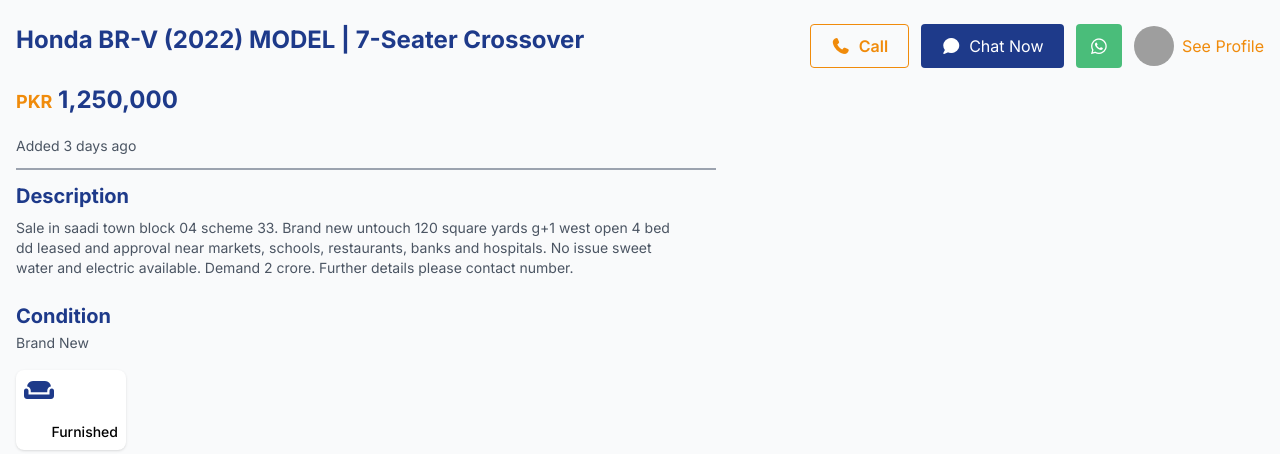
Repository: ARFA-SAEED/miljayega
Page: src/motorsPage/bikes_1.html
These files come from the project's save history. The page is drawn as it stood at one moment and after the next save; the edit follows.
The browser window is 1280 px wide. The pictures show the part of the page from y = 633 to 1087 px (the page is 2069 px tall).
Pictures or frames that could not be fetched are drawn as grey boxes. A picture or video elsewhere on the page could not be fetched, so the positions and the page height are approximate. Some web fonts or font styles are not loaded; a fallback is used. Some web libraries are served in a nearby version.

Above is the page before, as saved 2025-08-25 13:21:09.

After the next save:
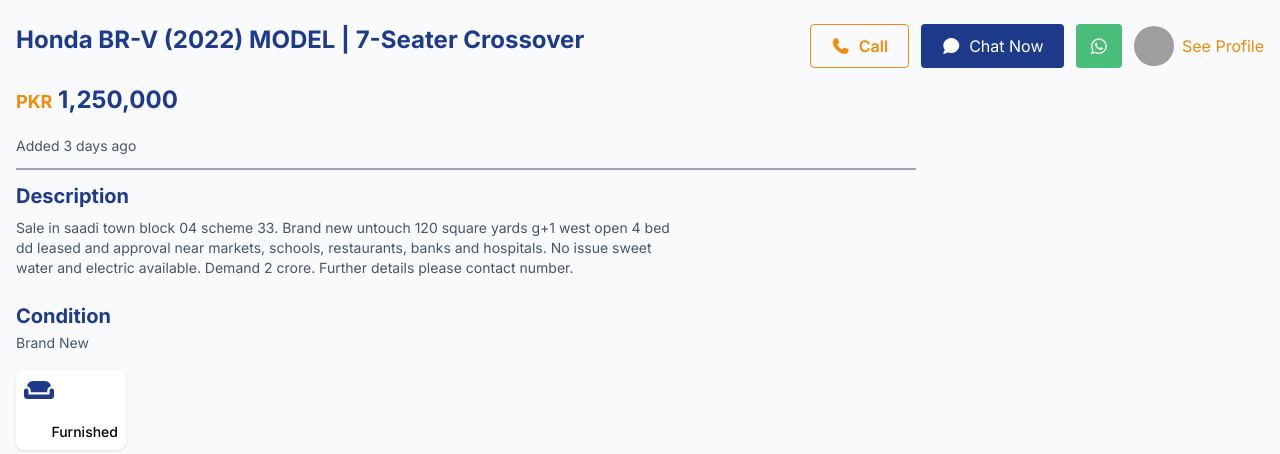
Saved 7 s later.
--- a/src/motorsPage/bikes_1.html
+++ b/src/motorsPage/bikes_1.html
@@ -143,7 +143,7 @@
         <h1 class="text-blue-900 font-bold text-xl lg:text-2xl">
             <span class="text-lg text-[#F08B0B]">PKR</span> 1,250,000
         </h1>
-        <p class="text-gray-600 text-sm mt-5 pb-3 border-b border-gray-400 border-b-2 w-[700px]">Added 3 days ago</p>
+        <p class="text-gray-600 text-sm mt-5 pb-3 border-b border-gray-400 border-b-2 w-[900px]">Added 3 days ago</p>
     </div>
 
     <!-- Description -->
